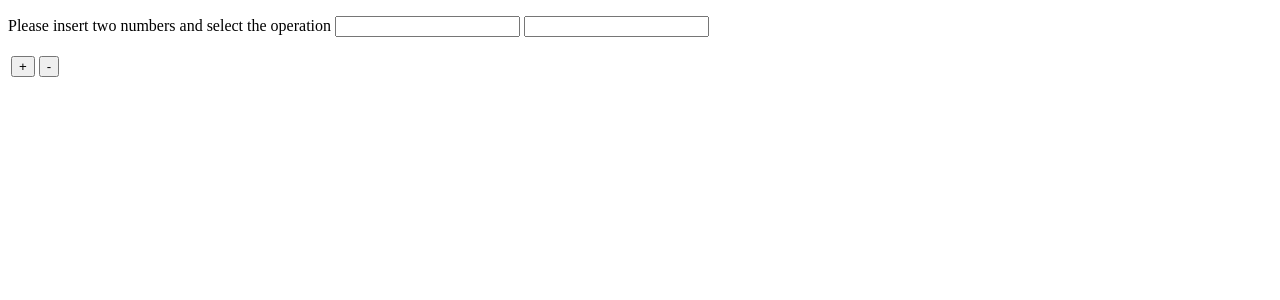
Repository: Nimblefire/CIT-360-Da-Ponte
Page: http://localhost/Servlets_Example/calculator.jsp
An editor plug-in stored every save of this project. The page is shown before and after the next save, followed by the edit.
The browser window is 1280 px wide. The pictures show the whole page.
The page is served by Tomcat 9. Other server files are loaded and not shown.

Above is the page before, as saved 2019-02-06 20:23:40.

### Servlets Example/WebContent/calculator.jsp
<%@ page language="java" contentType="text/html; charset=ISO-8859-1"
    pageEncoding="ISO-8859-1"%>
<!DOCTYPE html PUBLIC "-//W3C//DTD HTML 4.01 Transitional//EN" "http://www.w3.org/TR/html4/loose.dtd">
<html>
<head>
<meta http-equiv="Content-Type" content="text/html; charset=ISO-8859-1">
<title>Calculator</title>
</head>
<body style="text-alignment:center">
	<p>Please insert two numbers and select the operation
		<input type="text" name="input1">
		<input type="text" name="input2">
		<div class="output"></div>
	</p>
	<table>
		<tr>
			<td method="post" action="Add"><button type="submit">+</button></td>
			<td method="post" action="Add"><button type="submit">-</button></td>
		</tr>
	</table>
</body>
</html>

After the next save:
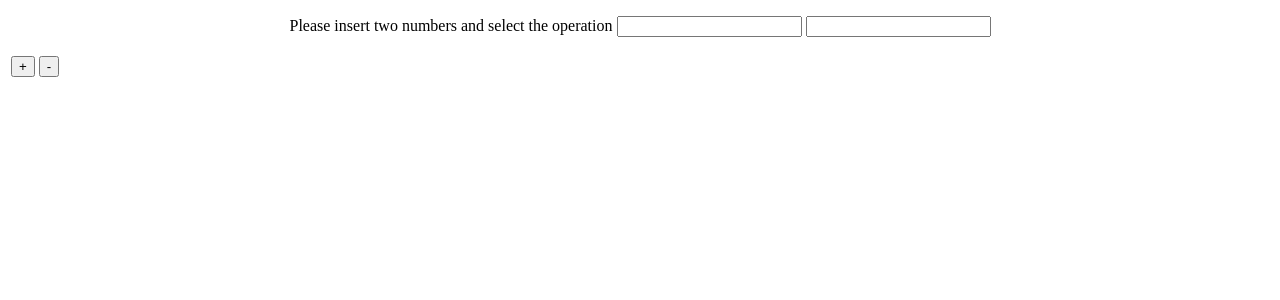
Saved 94 s later.
--- a/Servlets Example/WebContent/calculator.jsp
+++ b/Servlets Example/WebContent/calculator.jsp
@@ -6,7 +6,7 @@
 <meta http-equiv="Content-Type" content="text/html; charset=ISO-8859-1">
 <title>Calculator</title>
 </head>
-<body style="text-alignment:center">
+<body style="text-align:center">
 	<p>Please insert two numbers and select the operation
 		<input type="text" name="input1">
 		<input type="text" name="input2">

After the save that followed:
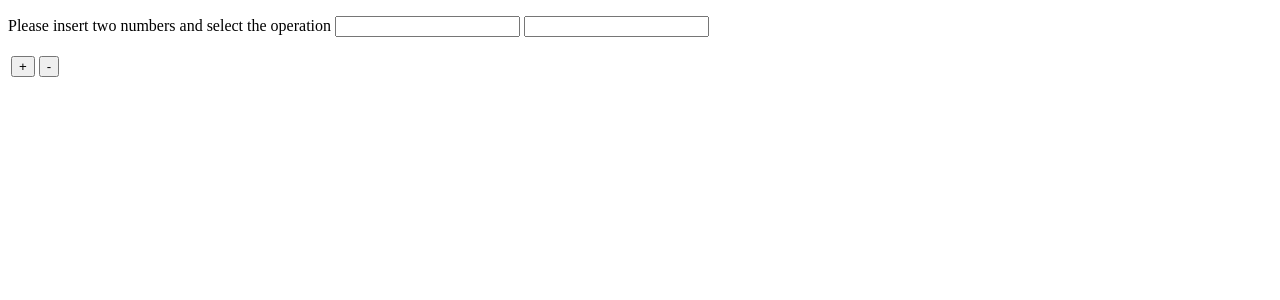
Saved 2 min 49 s later.
--- a/Servlets Example/WebContent/calculator.jsp
+++ b/Servlets Example/WebContent/calculator.jsp
@@ -6,17 +6,20 @@
 <meta http-equiv="Content-Type" content="text/html; charset=ISO-8859-1">
 <title>Calculator</title>
 </head>
-<body style="text-align:center">
-	<p>Please insert two numbers and select the operation
+<body>
+	<p>
+		Please insert two numbers and select the operation
 		<input type="text" name="input1">
 		<input type="text" name="input2">
 		<div class="output"></div>
 	</p>
-	<table>
-		<tr>
-			<td method="post" action="Add"><button type="submit">+</button></td>
-			<td method="post" action="Add"><button type="submit">-</button></td>
-		</tr>
-	</table>
+	<form  method="post" action="Add">
+		<table>
+			<tr>
+				<td><button type="submit">+</button></td>
+				<td><button type="submit">-</button></td>
+			</tr>
+		</table>
+	</form>
 </body>
 </html>
